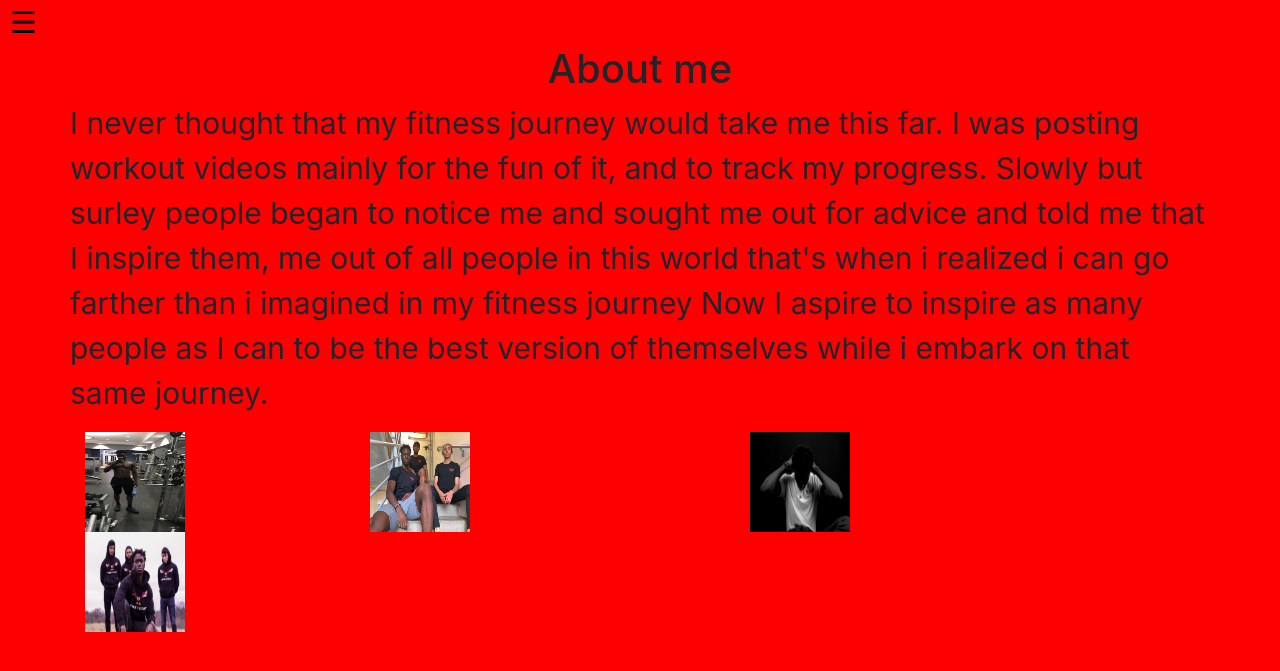
Repository: mamadont/MamadouFitnessWebsite
Page: pages-html/about-me.html
The author's editor kept a copy of each file at every save. The page is drawn from the files as they stood at one save, then again after the next save.
The browser window is 1280 px wide. The pictures show the whole page.
Some web libraries are served in a nearby version.

Above is the page before, as saved 2020-07-08 23:39:10.

After the next save:
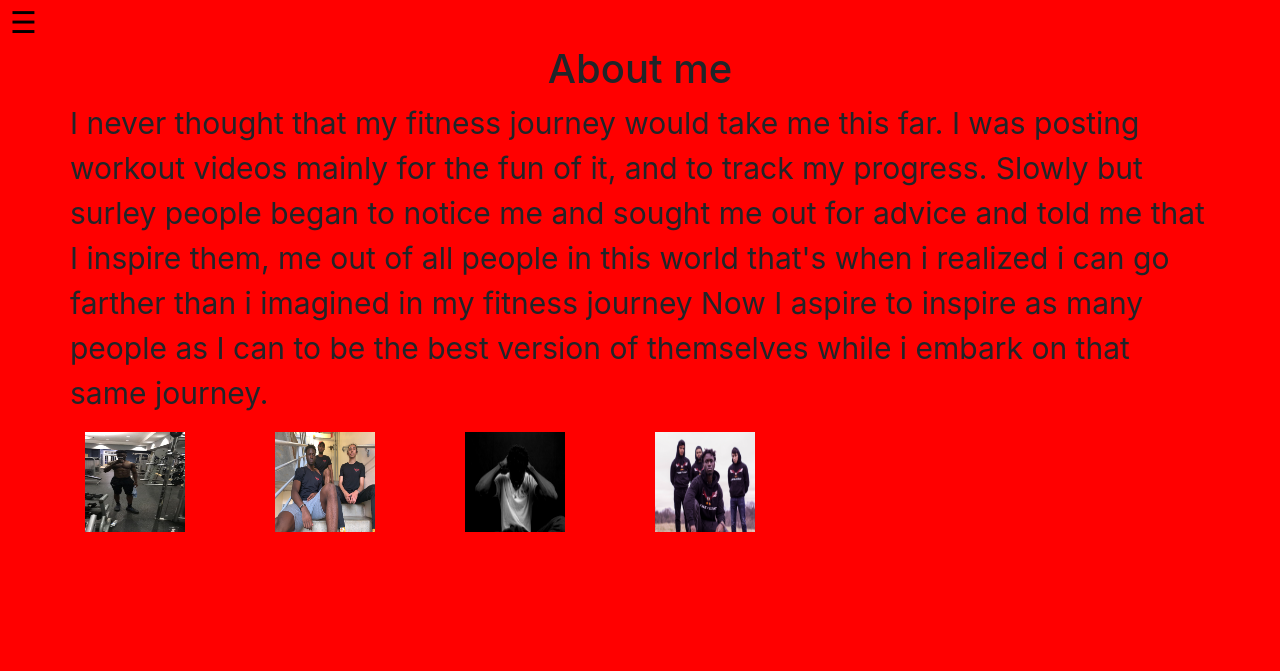
Saved 46 s later.
--- a/pages-html/about-me.html
+++ b/pages-html/about-me.html
@@ -38,16 +38,16 @@
 
             <!-- Images -->
             <div class="row">
-                <div class="col-3">
+                <div class="col-2">
                     <img src="../assets/pic1.JPG" />
                 </div>
-                <div class="col-4">
+                <div class="col-2">
                     <img src="../assets/pic3.JPG" />
                 </div>
-                <div class="col-4">
+                <div class="col-2">
                     <img src="../assets/pic4.JPG" />
                 </div>
-                <div class="col-4">
+                <div class="col-2">
                     <img src="../assets/pic2.JPG" />
                 </div>
 
